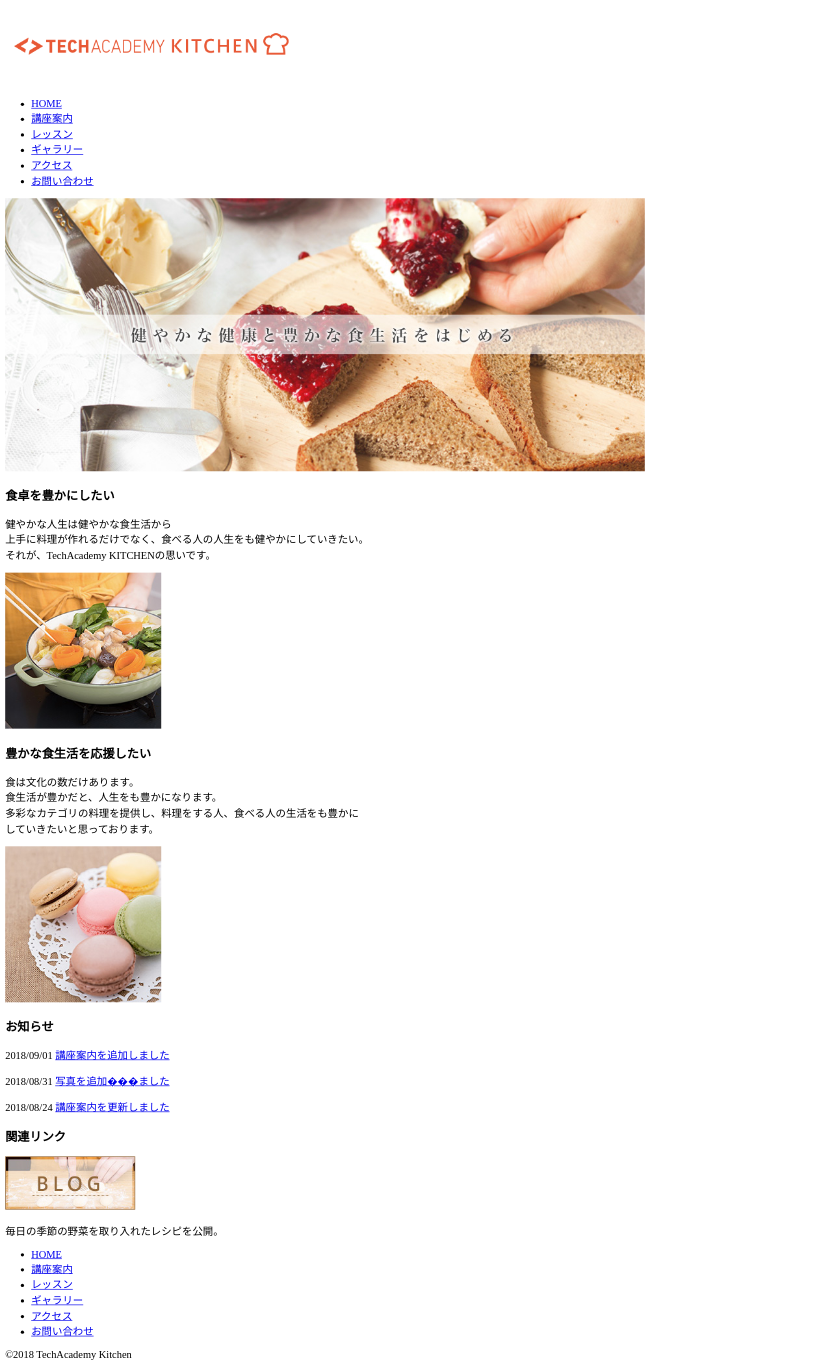
Repository: niwabarubossa/microposts
Page: kitchen.html
The author's editor kept a record of every edit. The page is drawn from the files as they stood at one moment, then again after the next edit.
The browser window is 1280 px wide. The pictures show the whole page, at 65% of full size.

Above is the page before.

After the next edit:
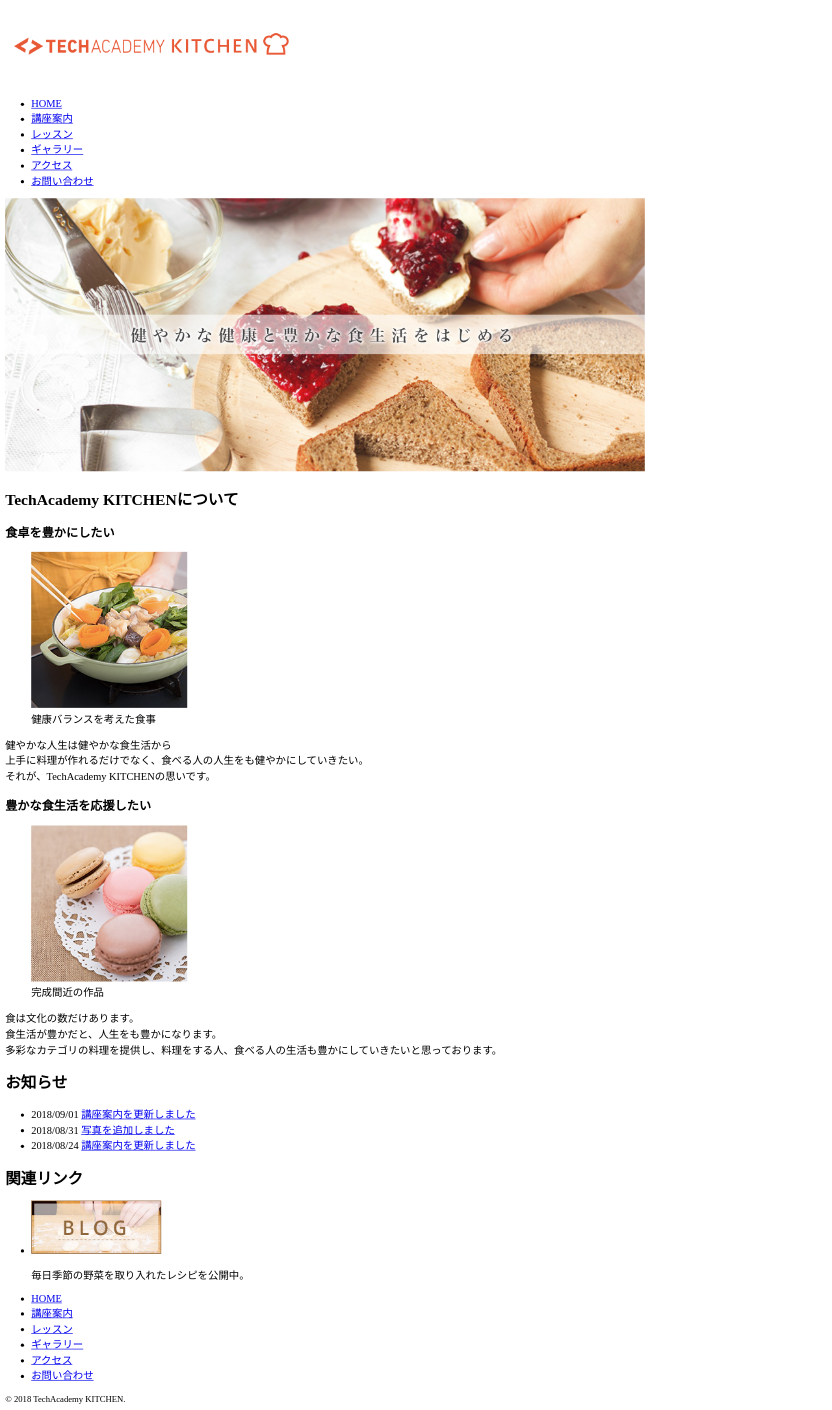
The edit:
--- a/kitchen.html
+++ b/kitchen.html
@@ -7,72 +7,103 @@
     <body>
         <!--ここからヘッダー-->
         <header>
-            <h1><a href="#"><img src="images_kitchen/logo.png" alt="TechAcademy KITCHEN"></a></h1>
-            <nav id="global-nav">
-                <ul class="global-menu">
-                    <li><a href="#">HOME</a></li>
-                    <li><a href="#">講座案内</a></li>
-                    <li><a href="#">レッスン</a></li>
-                    <li><a href="#">ギャラリー</a></li>
-                    <li><a href="#">アクセス</a></li>
-                    <li><a href="#">お問い合わせ</a></li>
+            <h1><a href="kitchen.html"><img src="images_kitchen/logo.png" alt="TechAcademy KITCHEN"></a></h1>
+            <nav id="global_navi">
+                <ul>
+                    <li class="current"><a href="kitchen.html">HOME</a></li>
+                    <li><a href="course.html">講座案内</a></li>
+                    <li><a href="lesson.html">レッスン</a></li>
+                    <li><a href="gallery.html">ギャラリー</a></li>
+                    <li><a href="access.html">アクセス</a></li>
+                    <li><a href="contact.html">お問い合わせ</a></li>
                 </ul>
             </nav>
         </header>
-        <!--ヘッダーここまで-->
+        <!--ヘッダここまでー-->
         <!--ここからメインビジュアル画像-->
-        <div class="main_visual">
-            <img src="images_kitchen/main_visual.jpg" alt="this is a main logo">
-        </div>
         <div id="main_visual">
+            <img src="images_kitchen/main_visual.jpg" alt="健やかな健康と豊かな食生活をはじめる">
         </div>
         <!--メインビジュアル画像ここまで-->
-        <!--wrapperー-->
+        <!--ここからwrapperー-->
         <div id="wrapper">
+            <!--ここからメイン-->
             <div id="main">
                 <section id="point">
-                    <h3>食卓を豊かにしたい</h3>
-                    <p>健やかな人生は健やかな食生活から<br>
-                    上手に料理が作れるだけでなく、食べる人の人生をも健やかにしていきたい。<br>
-                    それが、TechAcademy KITCHENの思いです。
-                    </p>
-                    <img src="images_kitchen/photo01.jpg" alt="this is a capture">
-                </div>
-                <div id="topic2">
-                    <h3>豊かな食生活を応援したい</h3>
-                    <p>食は文化の数だけあります。<br>
-                    食生活が豊かだと、人生をも豊かになります。<br>
-                    多彩なカテゴリの料理を提供し、料理をする人、食べる人の生活をも豊かに<br>
-                    していきたいと思っております。</p>
-                    <img src="images_kitchen/photo02.jpg" alt="this is a capture">
-                </div>
-                <div id="news">
-                    <h3>お知らせ</h3>
-                    <p>2018/09/01 <a href="#">講座案内を追加しました</a></p>
-                    <p>2018/08/31 <a href="#">写真を追加���ました</a></p>
-                    <p>2018/08/24 <a href="#">講座案内を更新しました</a></p>
-                </div>
-
+                    <h2>TechAcademy KITCHENについて</h2>
+                    <section>
+                        <h3>食卓を豊かにしたい</h3>
+                        <figure>
+                            <img src="images_kitchen/photo01.jpg" alt="TechAcademy KITCHENについて1">
+                            <figcaption>健康バランスを考えた食事</figcaption>
+                        </figure>
+                        <p>
+                            健やかな人生は健やかな食生活から<br>
+                            上手に料理が作れるだけでなく、食べる人の人生をも健やかにしていきたい。<br>
+                            それが、TechAcademy KITCHENの思いです。
+                        </p>
+                    </section>
+                    <section>
+                        <h3>豊かな食生活を応援したい</h3>
+                        <figure>
+                            <img src="images_kitchen/photo02.jpg" alt="TechAcademy KITCHENについて2">
+                            <figcaption>完成間近の作品</figcaption>
+                        </figure>
+                        <p>
+                            食は文化の数だけあります。<br>
+                            食生活が豊かだと、人生をも豊かになります。 <br>
+                            多彩なカテゴリの料理を提供し、料理をする人、食べる人の生活も豊かにしていきたいと思っております。
+                        </p>
+                    </section>
+                </section>
+                <section id="news">
+                    <h2>お知らせ</h2>
+                    <ul>
+                        <li>
+                            <span>2018/09/01</span>
+                            <a href="course.html">講座案内を更新しました</a>
+                        </li>
+                        <li>
+                            <span>2018/08/31</span>
+                            <a href="gallery.html">写真を追加しました</a>
+                        </li>
+                        <li>
+                            <span>2018/08/24</span>
+                            <a href="course.html">講座案内を更新しました</a>
+                        </li>
+                    </ul>
+                </section>
             </div>
+            <!--メインここまで-->
+            <!--ここからサイド-->
             <aside id="sidebar">
-                <div class="sidebar">
-                    <h3>関連リンク</h3>
-                    <img src="images_kitchen/banner01.jpg">
-                    <p>毎日の季節の野菜を取り入れたレシピを公開。</p>
-                </div>
+                <section id="side_banner">
+                    <h2>関連リンク</h2>
+                    <ul>
+                        <li>
+                            <a href="https://techacademy.jp/magazine/" target="_blank"><img src="images_kitchen/banner01.jpg" alt="ブログ"></a>
+                            <p>毎日季節の野菜を取り入れたレシピを公開中。</p>
+                        </li>
+                    </ul>
+                </section>
             </aside>
+            <!--サイドここまで-->
         </div>
         <!--wrapperここまで-->
+        <!--ここからフッター-->
+        <footer>
+            <div id="footer_navi">
+                <ul>
+                    <li><a href="kitchen.html">HOME</a></li>
+                    <li><a href="course.html">講座案内</a></li>
+                    <li><a href="lesson.html">レッスン</a></li>
+                    <li><a href="gallery.html">ギャラリー</a></li>
+                    <li><a href="access.html">アクセス</a></li>
+                    <li><a href="contact.html">お問い合わせ</a></li>
+                </ul>
+            </div>
+            <small>&copy; 2018 TechAcademy KITCHEN.</small>
+        </footer>
+        <!--フッターここまで-->
     </body>
-    <footer>
-        <ul class="footer-menu">
-            <li><a href="#">HOME</a></li>
-            <li><a href="#">講座案内</a></li>
-            <li><a href="#">レッスン</a></li>
-            <li><a href="#">ギャラリー</a></li>
-            <li><a href="#">アクセス</a></li>
-            <li><a href="#">お問い合わせ</a></li>
-        </ul>
-        <p>©︎2018 TechAcademy Kitchen</p>
-    </footer>
 </html>
